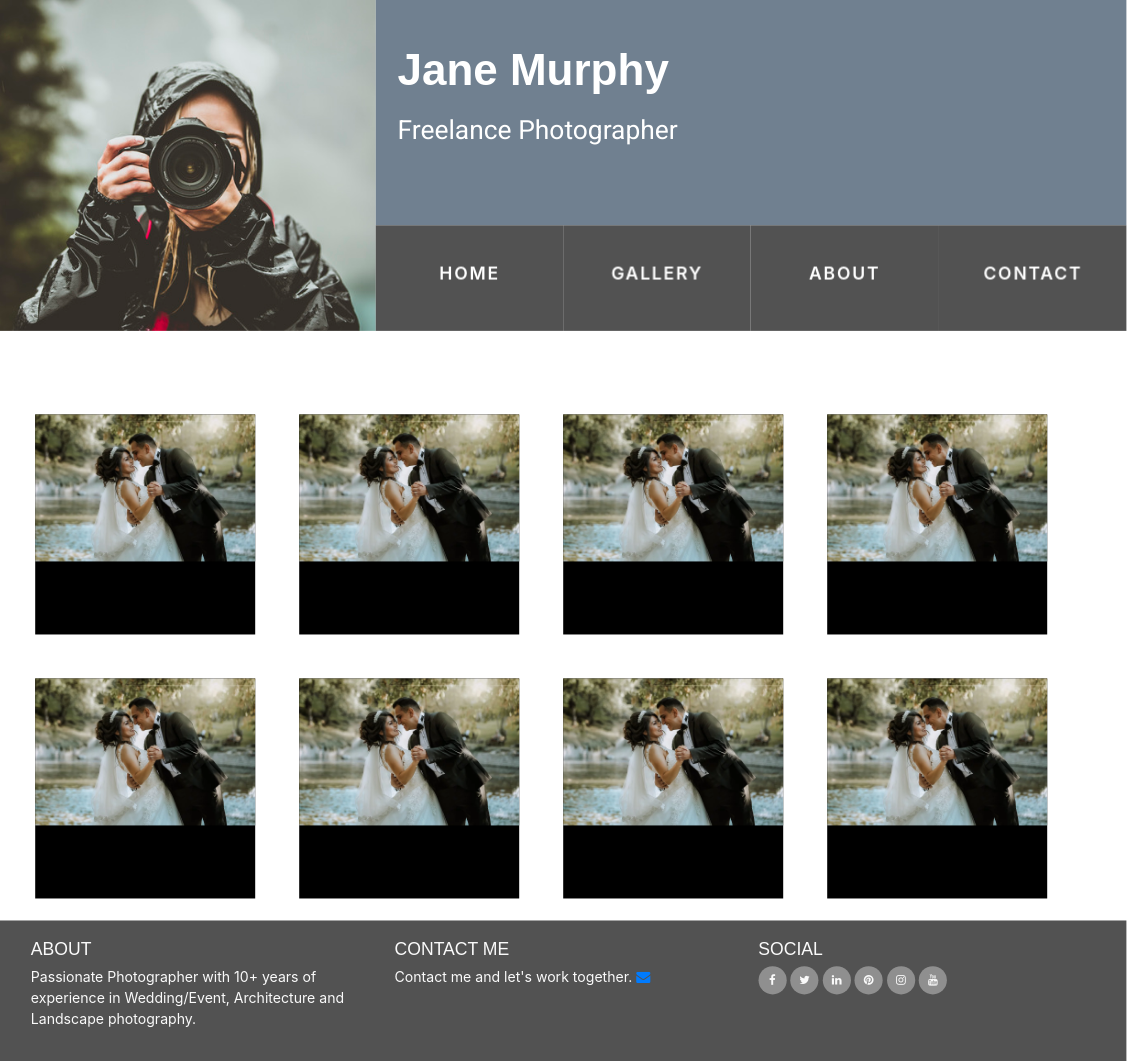
Repository: Code-Institute-Submissions/MrChrisRandall-milestone-1
Page: gallery.html
The author's editor kept a record of every edit. The page is drawn from the files as they stood at one moment, then again after the next edit.
The browser window is 1280 px wide. The page is 1295 px wide, so the pictures cover 1295 px, including what lies to the right of the window. The pictures show the whole page, at 88% of full size.

Above is the page before.

After the next edit:
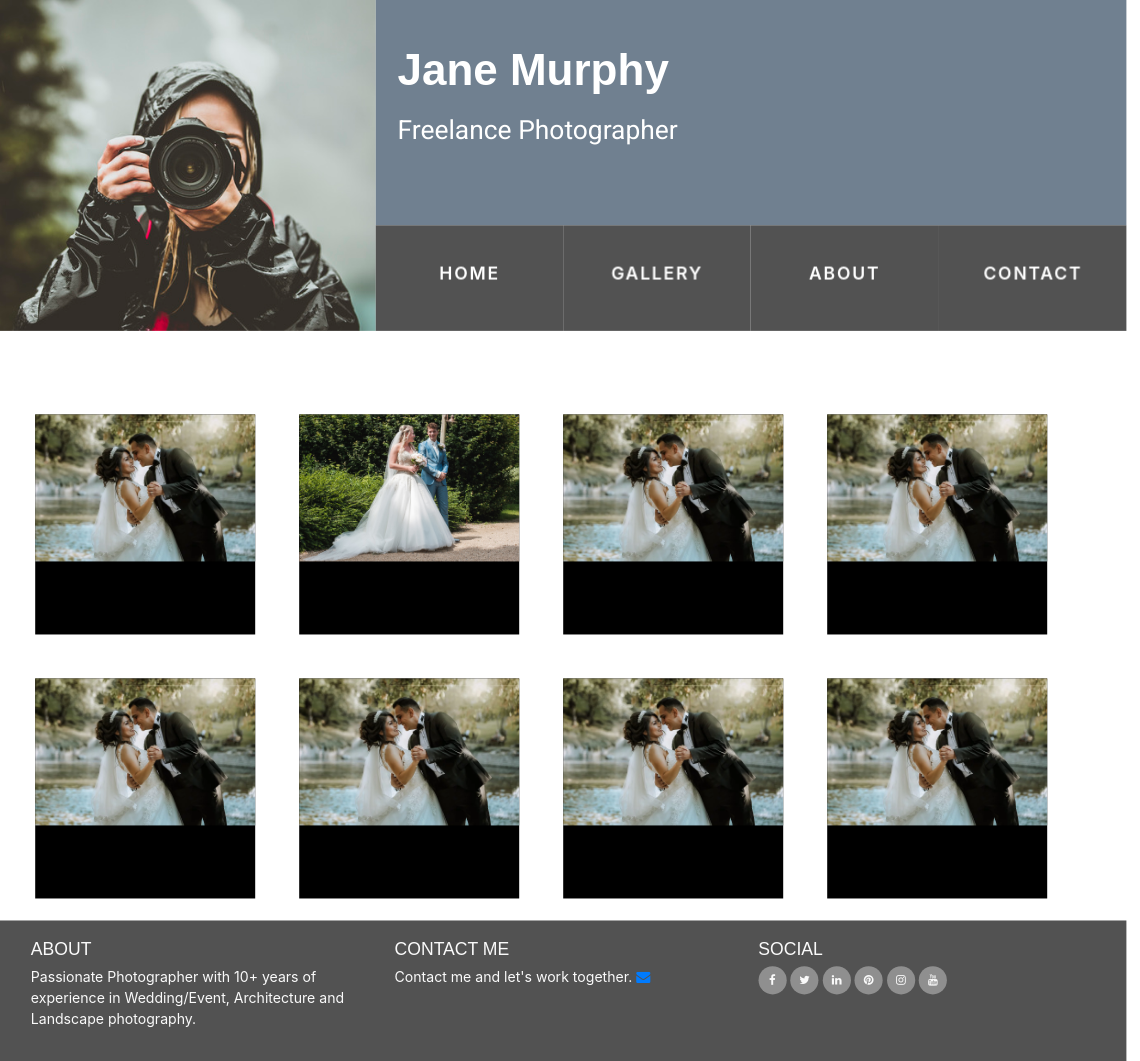
The edit:
--- a/gallery.html
+++ b/gallery.html
@@ -59,7 +59,7 @@
             </div>
             <div class="box">
                 <div class="imgBox">
-                    <img src="assets/images/wedding1.jpg"></img>
+                    <img src="assets/images/wedding2.jpg"></img>
                 </div>
             </div>
             <div class="box">
